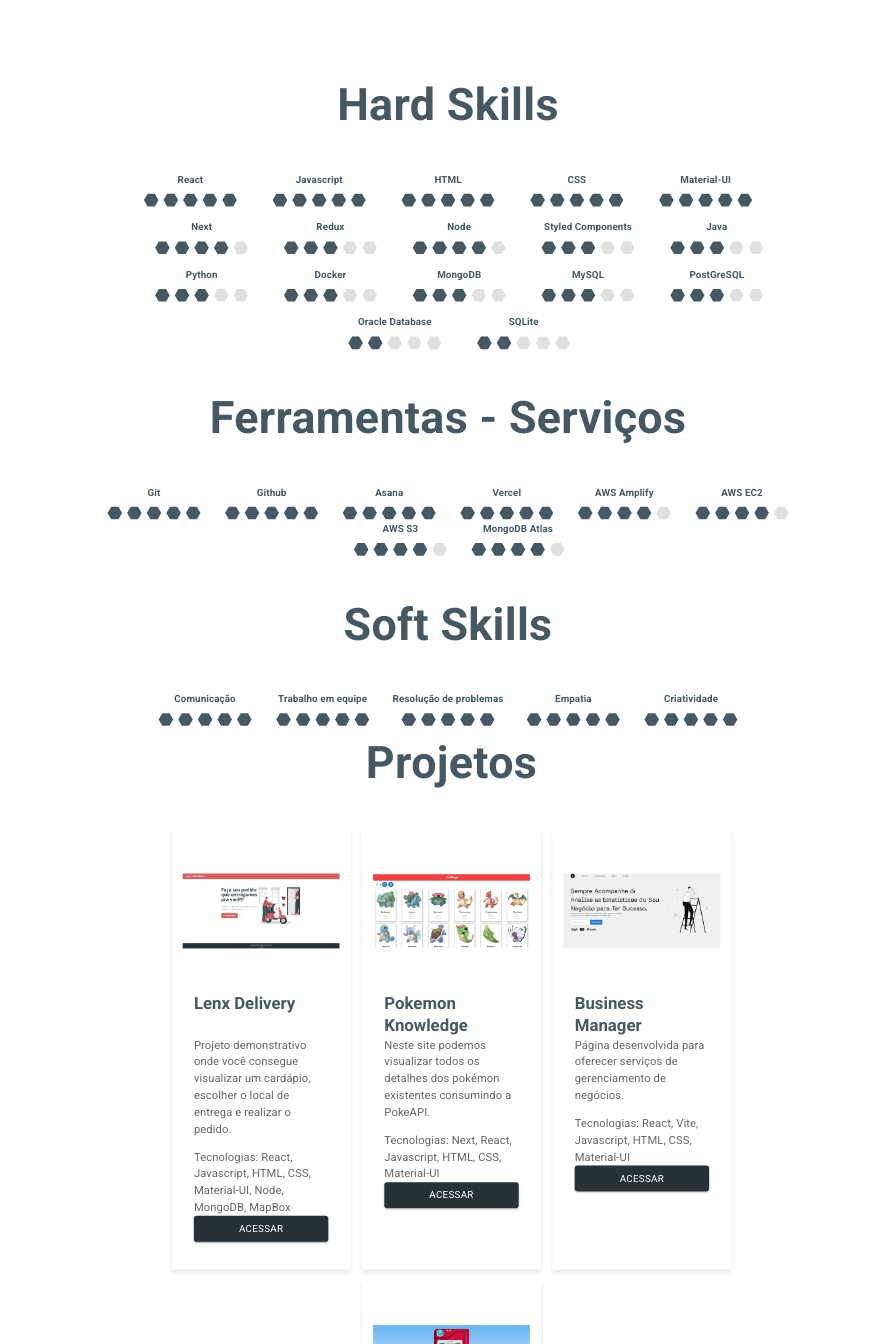
Repository: lenx0/myportfolio
Page: /
The author's editor kept a copy of each file at every save. The page is drawn from the files as they stood at one save, then again after the next save.
The browser window is 1280 px wide. The pictures show the part of the page from y = 1807 to 3727 px (the page is 5279 px tall before and 5255 px after), at 70% of full size.
The project was rebuilt for these pictures with package versions that can differ from the ones it lists, and the page was loaded fresh each time. Also part of the build but not shown: vite.config.js.

Above is the page before, as saved 2024-06-14 10:10:02.

### index.html
<!doctype html>
<html lang="en">
  <head>
    <meta charset="UTF-8" />
    <link href="https://fonts.googleapis.com/css2?family=Roboto:wght@200;400;700;900&display=swap" rel="stylesheet">
    <meta name="viewport" content="width=device-width, initial-scale=1.0" />
    <title>Portfólio</title>
  </head>
  <body>
    <div id="root"></div>
    <script type="module" src="/src/main.jsx"></script>
  </body>
</html>

### src/main.jsx
import React from "react";
import ReactDOM from "react-dom/client";
import App from "./App.jsx";
import { ThemeProvider } from "@emotion/react";
import theme from "./components/Styles/theme";
import "swiper/css";
import "swiper/css/navigation";
import "swiper/css/pagination";

ReactDOM.createRoot(document.getElementById("root")).render(
  <React.StrictMode>
    <ThemeProvider theme={theme}>
      <App />
    </ThemeProvider>
  </React.StrictMode>
);

### src/App.jsx
import React from "react";
import { Box } from "@mui/material";
import Header from "./components/Header";
import Home from "./components/Home";
import About from "./components/About";
import Projects from "./components/Projects";
import "./global.css";
import Experience from "./components/Experiences";
import Footer from "./components/Footer";
import HardSkills from "./components/HardSkills";

function App() {
  const mainContainerStyle = {
    margin: "0 auto",
    padding: "0 10%",
    maxWidth: "1600px",
  };

  const aboutContainerStyle = {
    display: "flex",
    flexDirection: "column",
    alignItems: "center",
    padding: "0 10%",
    maxWidth: "1200px",
    margin: "0 auto",
  };

  return (
    <React.Fragment>
      <Box sx={mainContainerStyle}>
        <Header />
        <Home />
      </Box>
      <Box sx={aboutContainerStyle}>
        <About />
        <HardSkills />
      </Box>
      <Box sx={mainContainerStyle}>
        <Projects />
        <Experience />
      </Box>
      <Footer />
    </React.Fragment>
  );
}

export default App;

### src/components/Header/index.jsx
import React from "react";
import { Typography, Box, Link } from "@mui/material";
import Logo from "/assets/logos/logo.svg";
import GithubIcon from "/assets/icons/Github.svg";
import LinkedinIcon from "/assets/icons/Linkedin.svg";
import scrollToSection from "../Utility/scroll";

const Header = () => {
  const menuItems = [
    { label: "Home", id: "home-section" },
    { label: "Sobre", id: "about-section" },
    { label: "Projetos", id: "projects-section" },
    { label: "Experiências", id: "experience-section" },
    { label: "Habilidades", id: "hardskills-section" },
    { label: "Contato", id: "contact-section" },
  ];

  const headerStyles = {
    display: "flex",
    alignItems: "center",
    justifyContent: "space-between",
    mt: "20px",
    px: 2,
  };

  const logoContainerStyles = {
    display: "flex",
    alignItems: "center",
    flex: 1,
  };

  const menuContainerStyles = {
    display: { xs: "none", md: "flex" },
    gap: "24px",
    color: "#445964",
    flex: 2,
    justifyContent: "center",
  };

  const iconContainerStyles = {
    display: "flex",
    gap: 2,
    pl: 3,
    flex: 1,
    justifyContent: "flex-end",
  };

  return (
    <Box component="header" sx={headerStyles}>
      <Box sx={logoContainerStyles}>
        <Box
          component="img"
          src={Logo}
          alt="Logo"
          sx={{ width: { xs: "40px", md: "auto" } }}
        />
        <Typography
          sx={{
            fontSize: { xs: 24, md: 36 },
            color: "#445964",
            fontWeight: 700,
            ml: 2,
          }}
        >
          Thiago Beraldo
        </Typography>
      </Box>
      <Box sx={menuContainerStyles}>
        {menuItems.map((item) => (
          <Typography
            key={item.label}
            sx={{ cursor: "pointer", fontWeight: 700, px: 2 }}
            onClick={() => scrollToSection(item.id)}
          >
            {item.label}
          </Typography>
        ))}
      </Box>
      <Box sx={iconContainerStyles}>
        <Link href="https://github.com/lenx0">
          <img
            src={GithubIcon}
            alt="Github Icon"
            style={{ marginTop: "0.3rem" }}
          />
        </Link>
        <Link href="https://www.linkedin.com/in/thiagoberaldo06">
          <img src={LinkedinIcon} alt="LinkedIn Icon" />
        </Link>
      </Box>
    </Box>
  );
};

export default Header;

### src/components/Home/index.jsx
import React from "react";
import { Box, Button, Grid, Typography } from "@mui/material";
import HomeArt from "/assets/images/Art1.svg";
import scrollToSection from "../Utility/scroll";

const Home = () => {
  return (
    <Grid mt={5} container direction="row" alignItems="center" wrap="nowrap">
      <Grid item xs={12} md={6}>
        <Typography variant="h3" sx={{ fontWeight: 700, color: "#445964", mb: 5 }}>
          Desenvolvedor Front-End
        </Typography>
        <Typography variant="h6" sx={{ fontWeight: 700, color: "#445964", mb: 5 }}>
          Seja bem-vindo(a) ao meu portfólio
        </Typography>
        <Button
          variant="contained"
          onClick={() => scrollToSection('about-section')}
          sx={{
            fontSize: 18,
            backgroundColor: "#263138",
            width: 310,
            height: 65,
            borderRadius: 20,
            mb: 5,
          }}
        >
          Saiba mais sobre mim
        </Button>
      </Grid>
      <Grid item xs={12} md={6}>
        <Box display="flex" justifyContent="center">
          <img src={HomeArt} alt="Home Art" style={{ maxWidth: "100%" }} />
        </Box>
      </Grid>
    </Grid>
  );
};

export default Home;

### src/components/Projects/index.jsx
import React from "react";
import { Grid, Typography } from "@mui/material";
import CustomCard from "./card";

const projectsData = [
  {
    title: "Lenx Delivery",
    images: generateImageArray("delivery", 3),
    access: "https://front-lenxdelivery.vercel.app",
    description:
      "Projeto demonstrativo onde você consegue visualizar um cardápio, escolher o local de entrega e realizar o pedido.",
    technologies:
      "Tecnologias: React, Javascript, HTML, CSS, Material-UI, Node, MongoDB, MapBox",
  },
  {
    title: "Pokemon Knowledge",
    images: generateImageArray("poke", 5),
    access: "https://poke-wiki-front.vercel.app",
    description:
      "Neste site podemos visualizar todos os detalhes dos pokémon existentes consumindo a PokeAPI.",
    technologies:
      "Tecnologias: Next, React, Javascript, HTML, CSS, Material-UI",
  },
  {
    title: "Business Manager",
    images: generateImageArray("manager", 5),
    access: "https://business-manager-liard.vercel.app",
    description:
      "Página desenvolvida para oferecer serviços de gerenciamento de negócios.",
    technologies:
      "Tecnologias: React, Vite, Javascript, HTML, CSS, Material-UI",
  },
  {
    title: "Pokedex",
    images: generateImageArray("pokedex", 1),
    access: "https://pokedex-mu-ten.vercel.app",
    description: "Pokedex com sprites animadas",
    technologies: "Tecnologias: Javascript, HTML, CSS",
  },
];

function generateImageArray(prefix, count) {
  const images = [];
  for (let i = 1; i <= count; i++) {
    images.push(`/assets/images/${prefix}${i}.png`);
  }
  return images;
}

const Projects = () => {
  return (
    <Grid id="projects-section" container gap={2} m="10px 5px 20px 5px" justifyContent="center">
      <Grid container justifyContent="center">
        <Grid item>
          <Typography
            variant="h4"
            mb={5}
            fontSize={64}
            fontWeight={700}
            color="#445964"
          >
            Projetos
          </Typography>
        </Grid>
      </Grid>
      {projectsData.map((project, index) => (
        <Grid item xs={12} sm={6} md={4} lg={3} key={index}>
          <CustomCard
            title={project.title}
            access={project.access}
            images={project.images}
            description={project.description}
            technologies={project.technologies}
          />
        </Grid>
      ))}
    </Grid>
  );
};

export default Projects;

### src/global.css
body {
    margin: 0;
    padding: 0;
    box-sizing: border-box;
    font-family: 'Roboto', sans-serif;
}

### src/components/Experiences/index.jsx
import React from "react";
import { Box, Typography, Paper, Grid } from "@mui/material";

const Experience = () => {
  const experiences = [
    {
      title: "Desenvolvedor júnior",
      company: "Alto Giro",
      date: "01.2022 - 07-2022",
      resume:
        `Na Alto Giro atuei desenvolvendo microsserviços para facilitar alguns processos dentro da empresa como RH e almoxarifado
        Pude desenvolver interfaces web utilizando tecnologias de ponta como React e Javascript. Também desenvolvi API's utilizando Node, express e mongoDB,`,
    },
    {
      title: "Desenvolvedor Front-end júnior",
      company: "AG.labs",
      date: "07.2022 - 04-2024",
      resume: `Atuei em um projeto desenvolvendo o front-end para um ERP da TOTSV da fase inicial ao lançamento, sistema este que hoje é utilizado pelos
        representantes e clientes da empresa Alto Giro.
        O projeto foi desenvolvimento pensando na praticidade, e velocidade para realizar vendas.
        Na Black Friday de 2023 a empresa conseguiu transacionar mais de 15 mil pedidos,
        alcançando um valor surpreendente de mais de 13 milhões.
        Possuo facilidade na resolução de problemas, boa comunicação, sei liderar quando
        necessário, me adapto bem a diferentes tecnologias, e o mais importante, tenho
        atitude positiva `,
    },
  ];

  return (
    <Box id="experience-section" sx={{ mt: 10, textAlign: "center", px: 2 }}>
      <Box height="auto">
        <Typography variant="h2" fontWeight={700} color="#445964">
          Experiência
        </Typography>
        <Typography
          variant="h4"
          fontWeight={700}
          color="#263138"
        >
          Profissional
        </Typography>
      </Box>
      <Typography sx={{ mt: 2, color: "#445964", fontSize: 16 }}>
        Minha jornada é curta, mas de muita dedicação e resiliência
      </Typography>
      <Grid container spacing={2} sx={{ mt: 5 }}>
        {experiences.map((experience, index) => (
          <Grid item xs={12} md={6} key={index}>
            <Paper
              elevation={3}
              sx={{
                p: 3,
                minHeight: "28vh",
                backgroundColor: "#263138",
                color: "white",
              }}
            >
              <Typography variant="h6" fontWeight={700}>
                {experience.title}
              </Typography>
              <Typography variant="h6" >
                {`${experience.company} - ${experience.date}`}
              </Typography>
              <Typography sx={{ mt: 1 }}>{experience.resume}</Typography>
            </Paper>
          </Grid>
        ))}
      </Grid>
      <Box sx={{ mt: 5 }}>
        <img src="/assets/icons/Quote.png" />
        <Typography
          sx={{ mt: 2, fontWeight: 700, fontSize: 18, color: "#445964" }}
        >
          “A mente que se abre a uma nova ideia jamais voltará ao seu tamanho
          original”
        </Typography>
        <Typography
          sx={{ mt: 2, fontSize: 18, fontWeight: 700, color: "#445964" }}
        >
          ~ Albert Einstein
        </Typography>
      </Box>
    </Box>
  );
};

export default Experience;

### src/components/Footer/index.jsx
import React from 'react';
import { Box, Link, Typography } from '@mui/material';
import FacebookIcon from '@mui/icons-material/Facebook';
import CopyrightIcon from '@mui/icons-material/Copyright';
import GitHubIcon from '@mui/icons-material/GitHub';
import LinkedInIcon from '@mui/icons-material/LinkedIn';

const Footer = () => {
    return (
        <Box id="contact-section" height="120px" mt={10} bgcolor="#263138" display="flex" flexDirection="column" alignItems="center" justifyContent="space-between">
            <Box flex={1} display="flex" justifyContent="center" alignItems="center">
                <Link href="https://www.facebook.com.br">
                    <FacebookIcon sx={{ color: '#ffffff', mx: 1 }} />
                </Link>
                <Link href="https://github.com/lenx0">
                    <GitHubIcon sx={{ color: '#ffffff', mx: 1 }} />
                </Link>
                <Link href="https://www.linkedin.com/in/thiagoberaldo06/">
                    <LinkedInIcon sx={{ color: '#ffffff', mx: 1 }} />
                </Link>
            </Box>
            <Typography color="#ffffff" mb={1} display="flex" alignItems="center">
                Todos os direitos reservados <CopyrightIcon sx={{ ml: 0.5, width: 15, height: 15, color: '#ffffff' }} />
            </Typography>
        </Box>
    );
}

export default Footer;

### src/components/HardSkills/index.jsx
import { Stack, Typography } from "@mui/material";
import SkillRating from "./rating";

const HardSkills = () => {
  return (
    <Stack id="hardskills-section" direction="row" gap={7} flexWrap="wrap" justifyContent="center">
      <Typography variant="h4" fontSize={64} fontWeight={700} color="#445964">
        Hard Skills
      </Typography>
      <Stack direction="row" spacing={4} flexWrap="wrap" gap={2} justifyContent="center">
        <SkillRating skill="React" rating={5} />
        <SkillRating skill="Javascript" rating={5} />
        <SkillRating skill="HTML" rating={5} />
        <SkillRating skill="CSS" rating={5} />
        <SkillRating skill="Material-UI" rating={5} />
        <SkillRating skill="Next" rating={4} />
        <SkillRating skill="Redux" rating={3} />
        <SkillRating skill="Node" rating={4} />
        <SkillRating skill="Styled Components" rating={3} />
        <SkillRating skill="Java" rating={3} />
        <SkillRating skill="Python" rating={3} />
        <SkillRating skill="Docker" rating={3} />
        <SkillRating skill="MongoDB" rating={3} />
        <SkillRating skill="MySQL" rating={3} />
        <SkillRating skill="PostGreSQL" rating={3} />
        <SkillRating skill="Oracle Database" rating={2} />
        <SkillRating skill="SQLite" rating={2} />
      </Stack>
      <Typography variant="h4" fontSize={64} fontWeight={700} color="#445964">
        Ferramentas - Serviços
      </Typography>
      <Stack direction="row" spacing={4} flexWrap="wrap" justifyContent="center">
        <SkillRating skill="Git" rating={5} />
        <SkillRating skill="Github" rating={5} />
        <SkillRating skill="Asana" rating={5} />
        <SkillRating skill="Vercel" rating={5} />
        <SkillRating skill="AWS Amplify" rating={4} />
        <SkillRating skill="AWS EC2" rating={4} />
        <SkillRating skill="AWS S3" rating={4} />
        <SkillRating skill="MongoDB Atlas" rating={4} />
      </Stack>
      <Typography variant="h4" fontSize={64} fontWeight={700} color="#445964">
        Soft Skills
      </Typography>
      <Stack direction="row" spacing={4} flexWrap="wrap" justifyContent="center">
        <SkillRating skill="Comunicação" rating={5} />
        <SkillRating skill="Trabalho em equipe" rating={5} />
        <SkillRating skill="Resolução de problemas" rating={5} />
        <SkillRating skill="Empatia" rating={5} />
        <SkillRating skill="Criatividade" rating={5} />
      </Stack>
    </Stack>
  )

};

export default HardSkills;

### src/components/About/exagon.jsx
import { Box, styled } from "@mui/material";

const HexagonContainer = styled(Box)(({ theme }) => ({
    // width: "100px",
    // height: "115.47px",
    width: "200px",
    height: "230.94px",
    // width: "300px",
    // height: "346.41px",
    position: "relative",
    clipPath: "polygon(50% 0%, 100% 25%, 100% 75%, 50% 100%, 0% 75%, 0% 25%)",
    "& img": {
      width: "100%",
      height: "100%",
      objectFit: "cover",
      clipPath: "inherit",
    },
  }));

  export default HexagonContainer

### src/components/Projects/card.jsx
import React, { useState } from "react";
import {
  Card,
  CardContent,
  CardMedia,
  Typography,
  Box,
  Link,
  Button,
} from "@mui/material";
import ImageDialog from "./imageDialog";

const CustomCard = ({ title, access, images, description, technologies }) => {
  const [currentImageIndex, setCurrentImageIndex] = useState(0);
  const [dialogOpen, setDialogOpen] = useState(false);

  const handleNextImage = () => {
    setCurrentImageIndex((prevIndex) =>
      prevIndex + 1 < images.length ? prevIndex + 1 : prevIndex
    );
  };

  const handlePrevImage = () => {
    setCurrentImageIndex((prevIndex) =>
      prevIndex - 1 >= 0 ? prevIndex - 1 : prevIndex
    );
  };

  const handleImageClick = () => {
    setDialogOpen(true);
  };

  const handleDialogClose = () => {
    setDialogOpen(false);
  };

  return (
    <Card
      sx={{
        height: "100%",
        display: "flex",
        flexDirection: "column",
        boxShadow: "0 4px 6px rgba(0, 0, 0, 0.1)",
        transition: "0.30s",
        "&:hover": {
          boxShadow: "0 8px 16px rgba(0, 0, 0, 0.2)",
        },
      }}
    >
      <Box sx={{ p: 2 }}>
        <CardMedia
          component="img"
          width="100%"
          height="200"
          image={images[currentImageIndex]}
          alt={title}
          onClick={handleImageClick}
          sx={{
            cursor: "pointer",
            objectFit: "contain",
            transition: "0.30s",
            "&:hover": {
              border: "1px solid #263138",
            },
          }}
        />
        <CardContent sx={{ flexGrow: 1 }}>
          <Box width="100%" minHeight="15rem">
            <Typography
              variant="h5"
              component="div"
              sx={{ fontWeight: 700, color: "#445964", minHeight: 64 }}
            >
              {title}
            </Typography>
            <Typography color="text.secondary">{description}</Typography>
            <Typography mt={2} color="text.secondary">
              {technologies}
            </Typography>
          </Box>
          <Link href={access} sx={{ textDecoration: "none" }}>
            <Box>
              <Button
                variant="contained"
                sx={{ width: "100%", backgroundColor: "#263138" }}
              >
                Acessar
              </Button>
            </Box>
          </Link>
        </CardContent>
      </Box>
      <ImageDialog
        dialogOpen={dialogOpen}
        handleDialogClose={handleDialogClose}
        images={images}
        currentImageIndex={currentImageIndex}
        handleNextImage={handleNextImage}
        handlePrevImage={handlePrevImage}
        title={title}
        description={description}
      />
    </Card>
  );
};

export default CustomCard;

### src/components/HardSkills/rating.jsx
import { Hexagon } from "@mui/icons-material";
import { Stack, SvgIcon, Typography } from "@mui/material";

const SkillRating = ({ skill, rating }) => {
  return (
    <Stack direction="column" alignItems="center" spacing={1}>
      <Typography variant="body2" fontWeight={700} color="#445964">
        {skill}
      </Typography>
      <Stack direction="row" spacing={0.5}>
        {Array.from({ length: 5 }).map((_, index) => (
          <SvgIcon
            key={index}
            component={Hexagon}
            style={{ color: index < rating ? "#445964" : "#E0E0E0" }}
          />
        ))}
      </Stack>
    </Stack>
  );
};

export default SkillRating

### src/components/Projects/imageDialog.jsx
import { ArrowBackIos, ArrowForwardIos, Close } from "@mui/icons-material";
import { Box, CardMedia, Dialog, DialogContent, IconButton, Typography } from "@mui/material";

const ImageDialog = ({
    dialogOpen,
    handleDialogClose,
    images,
    currentImageIndex,
    handleNextImage,
    handlePrevImage,
    title,
    description,
  }) => (
    <Dialog
      open={dialogOpen}
      onClose={handleDialogClose}
      maxWidth="md"
      fullWidth
    >
      <DialogContent
        sx={{
          position: "relative",
          display: "flex",
          flexDirection: "column",
          alignItems: "center",
        }}
      >
        <IconButton
          onClick={handleDialogClose}
          sx={{ position: "absolute", top: 8, right: 8 }}
        >
          <Close />
        </IconButton>
        <CardMedia
          component="img"
          height="400"
          image={images[currentImageIndex]}
          alt={title}
          sx={{ objectFit: "contain", mb: 2 }}
        />
        <Typography variant="h5" component="div" sx={{ minHeight: 64 }}>
          {title}
        </Typography>
        <Typography
          variant="body2"
          color="text.secondary"
          sx={{ textAlign: "center", mb: 2 }}
        >
          {description}
        </Typography>
        <Box display="flex" justifyContent="space-between" width="100%">
          <IconButton
            onClick={handlePrevImage}
            disabled={currentImageIndex === 0}
          >
            <ArrowBackIos />
          </IconButton>
          <IconButton
            onClick={handleNextImage}
            disabled={currentImageIndex === images.length - 1}
          >
            <ArrowForwardIos />
          </IconButton>
        </Box>
      </DialogContent>
    </Dialog>
  );

  export default ImageDialog

Loaded but not shown: src/components/Styles/theme.js (14 lines, source omitted); src/components/Utility/scroll.js (8 lines, source omitted); src/components/About/index.jsx (108 lines, source omitted)

After the next save:
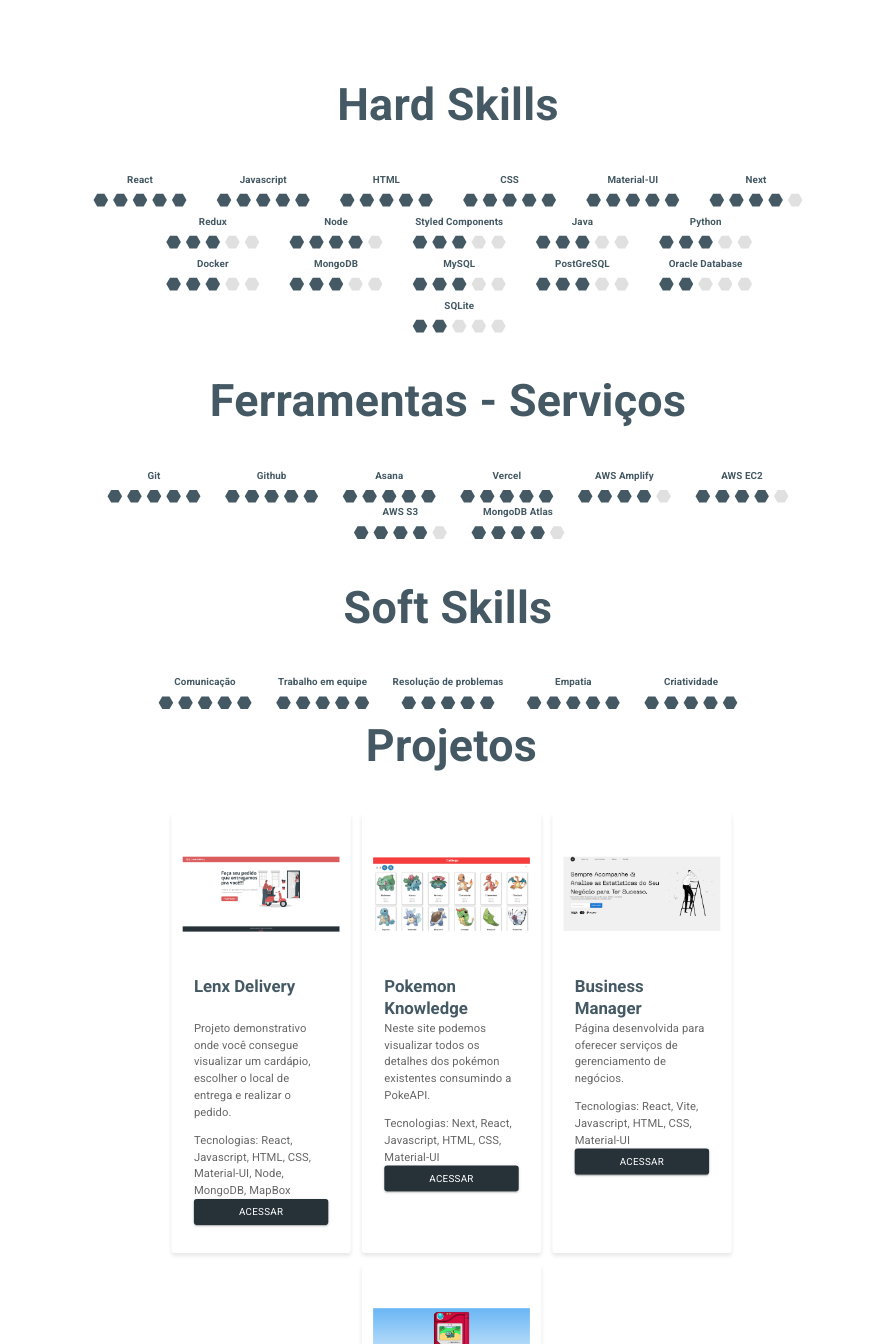
Saved 6 s later.
--- a/src/components/HardSkills/index.jsx
+++ b/src/components/HardSkills/index.jsx
@@ -7,7 +7,7 @@
       <Typography variant="h4" fontSize={64} fontWeight={700} color="#445964">
         Hard Skills
       </Typography>
-      <Stack direction="row" spacing={4} flexWrap="wrap" gap={2} justifyContent="center">
+      <Stack direction="row" spacing={4} flexWrap="wrap" gap={1} justifyContent="center">
         <SkillRating skill="React" rating={5} />
         <SkillRating skill="Javascript" rating={5} />
         <SkillRating skill="HTML" rating={5} />
